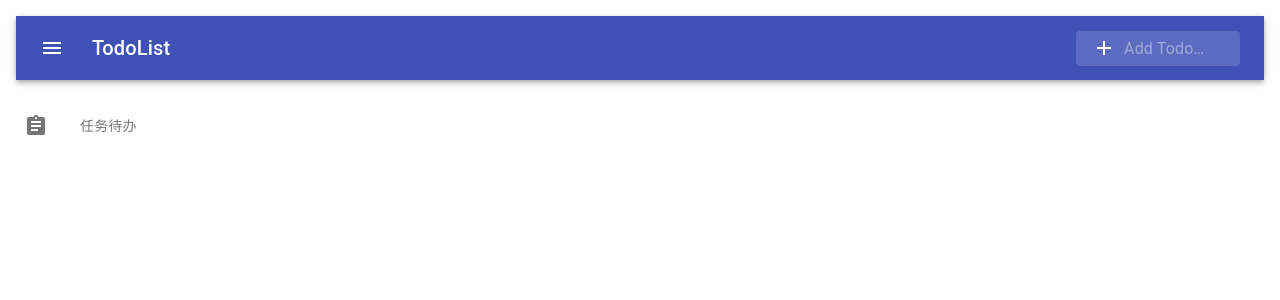
Repository: harperl71/TodoList
Page: /
These files come from the project's save history. The page is drawn as it stood at one moment and after the next save; the edit follows.
The browser window is 1280 px wide. The pictures show the whole page.
The project was rebuilt for these pictures with package versions that can differ from the ones it lists, and the page was loaded fresh each time.

Above is the page before, as saved 2021-05-20 17:16:15.

### src/App.tsx
import React from "react";
import Header from "./components/header";
import Content from "./components/content";
import Footer from "./components/footer";
import Myprovider from "./context";

function App() {
  return (
    <div className="APP">
      <Myprovider>
        <Header />
        <Content />
        <Footer />
      </Myprovider>
    </div>
  );
}

export default App;

### src/components/header/index.tsx
import React, { useContext } from "react";
import { MyContext } from "../../context";
import AppBar from "@material-ui/core/AppBar";
import Toolbar from "@material-ui/core/Toolbar";
import IconButton from "@material-ui/core/IconButton";
import Typography from "@material-ui/core/Typography";
import InputBase from "@material-ui/core/InputBase";
import { makeStyles, fade } from "@material-ui/core/styles";
import MenuIcon from "@material-ui/icons/Menu";
import AddIcon from "@material-ui/icons/Add";

const useStyles = makeStyles((theme) => ({
  header: {
    margin: theme.spacing(2),
    justifyContent: "space-between",
  },
  listButton: {
    marginRight: theme.spacing(2),
  },
  title: {
    flexGrow: 1,
    display: "none",
    [theme.breakpoints.up("sm")]: {
      display: "block",
    },
  },
  search: {
    position: "relative",
    borderRadius: theme.shape.borderRadius,
    backgroundColor: fade(theme.palette.common.white, 0.15),
    "&:hover": {
      backgroundColor: fade(theme.palette.common.white, 0.25),
    },
    marginLeft: 0,
    width: "100%",
    [theme.breakpoints.up("sm")]: {
      marginLeft: theme.spacing(1),
      width: "auto",
    },
  },
  addIcon: {
    padding: theme.spacing(0, 2),
    height: "100%",
    position: "absolute",
    pointerEvents: "none",
    display: "flex",
    alignItems: "center",
    justifyContent: "center",
  },
  inputRoot: {
    color: "inherit",
  },
  inputInput: {
    padding: theme.spacing(1, 1, 1, 0),
    // vertical padding + font size from searchIcon
    paddingLeft: `calc(1em + ${theme.spacing(4)}px)`,
    transition: theme.transitions.create("width"),
    width: "100%",
    [theme.breakpoints.up("sm")]: {
      width: "12ch",
      "&:focus": {
        width: "20ch",
      },
    },
  },
}));

export default function SearchAppBar() {
  const classes = useStyles();
  const { Add } = useContext(MyContext);

  const enterPress = (evt: React.SyntheticEvent) => {
    if (
      (evt as KeyboardEventInit).code === "Enter" &&
      (evt.target as HTMLInputElement).value !== ""
    ) {
      Add((evt.target as HTMLInputElement).value);
      (evt.target as HTMLInputElement).value = "";
    }
  };

  return (
    <div className={classes.header}>
      <AppBar position="static">
        <Toolbar>
          <IconButton
            edge="start"
            className={classes.listButton}
            color="inherit"
            aria-label="open drawer"
          >
            <MenuIcon />
          </IconButton>
          <Typography className={classes.title} variant="h6" noWrap>
            TodoList
          </Typography>
          <div className={classes.search}>
            <div className={classes.addIcon}>
              <AddIcon />
            </div>
            <InputBase
              placeholder="Add Todo…"
              required
              classes={{
                root: classes.inputRoot,
                input: classes.inputInput,
              }}
              onKeyPress={enterPress}
            />
          </div>
        </Toolbar>
      </AppBar>
    </div>
  );
}

### src/components/content/index.tsx
import React, { Fragment } from "react";
import TaskList from "./task-list";
import {
  makeStyles,
  List,
  ListItem,
  ListItemIcon,
  ListItemText,
} from "@material-ui/core";
import AssignmentIcon from "@material-ui/icons/Assignment";

const useStyles = makeStyles((theme) => ({
  root: {
    margin: theme.spacing(0, 1),
    justifyContent: "center",
  },
}));

const Content = () => {
  const classes = useStyles();
  return (
    <div className={classes.root}>
      <List component="nav" aria-label="main mailbox folders">
        <ListItem button>
          <ListItemIcon>
            <AssignmentIcon />
          </ListItemIcon>
          <ListItemText secondary="任务待办" />
        </ListItem>
      </List>
      {/* <Fragment>
        <Typography className="todo" variant="h5">
          任务待办：
        </Typography>
        <TaskList title="待办" status="todo" />
        <Typography className="todo" variant="h5">
          任务进行中：
        </Typography>
        <TaskList title="进行中" status="doing" />
        <Typography className="todo" variant="h5">
          任务已完成：
        </Typography>
        <TaskList title="已完成" status="done" />
      </Fragment> */}
    </div>
  );
};

export default Content;

### src/components/footer/index.tsx
import React from "react";

const Footer = () => {
  return <div className="footer"></div>;
};

export default Footer;

### src/context/index.tsx
import React, { createContext, useState } from "react";

export interface TodoProps {
  id: number;
  text: string;
  status: string;
}

export interface ContextProps {
  todoList: TodoProps[];
  Add: (item: string) => void;
  Delete: (id: number) => void;
  Remove: (index: number, status: string) => void;
  Clear: () => void;
}

export const MyContext = createContext({} as ContextProps);

const Myprovider = (props: React.PropsWithChildren<{}>) => {
  const [todoList, setList] = useState<TodoProps[]>([]);

  const Add = (item: string) => {
    const listItem = {
      id: new Date().getTime(),
      text: item,
      status: "todo",
    };
    setList([...todoList, listItem]);
  };
  //console.log(...todoList);

  const Delete = (id: number) => {
    setList(todoList.filter((item) => item.id !== id));
  };

  const Remove = (index: number, status: string) => {
    if (status === "todo") {
      const listItem = Object.assign({}, todoList[index], {
        status: "doing",
      });
      const list = todoList.splice(index, 1);
      setList([...list, listItem]);
    }
    if (status === "doing") {
      const listItem = Object.assign({}, todoList[index], {
        status: "done",
      });
      const list = todoList.splice(index, 1);
      setList([...list, listItem]);
    }
  };

  const Clear = () => setList([]);

  return (
    <MyContext.Provider value={{ todoList, Add, Delete, Remove, Clear }}>
      {props.children}
    </MyContext.Provider>
  );
};

export default Myprovider;

Loaded but not shown: public/index.html (common file); src/index.tsx (common file); src/index.css (common file); src/reportWebVitals.ts (common file)

After the next save:
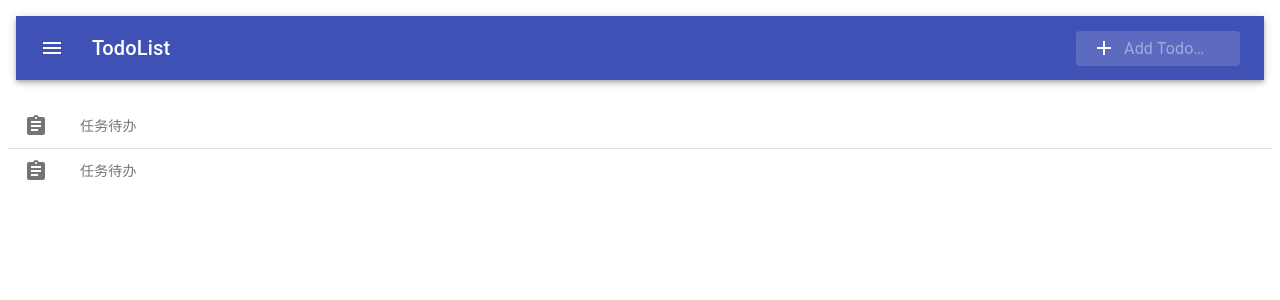
Saved 24 s later.
--- a/src/components/content/index.tsx
+++ b/src/components/content/index.tsx
@@ -6,6 +6,7 @@ import {
   ListItem,
   ListItemIcon,
   ListItemText,
+  Divider,
 } from "@material-ui/core";
 import AssignmentIcon from "@material-ui/icons/Assignment";
 
@@ -21,6 +22,13 @@ const Content = () => {
   return (
     <div className={classes.root}>
       <List component="nav" aria-label="main mailbox folders">
+        <ListItem button>
+          <ListItemIcon>
+            <AssignmentIcon />
+          </ListItemIcon>
+          <ListItemText secondary="任务待办" />
+        </ListItem>
+        <Divider />
         <ListItem button>
           <ListItemIcon>
             <AssignmentIcon />
